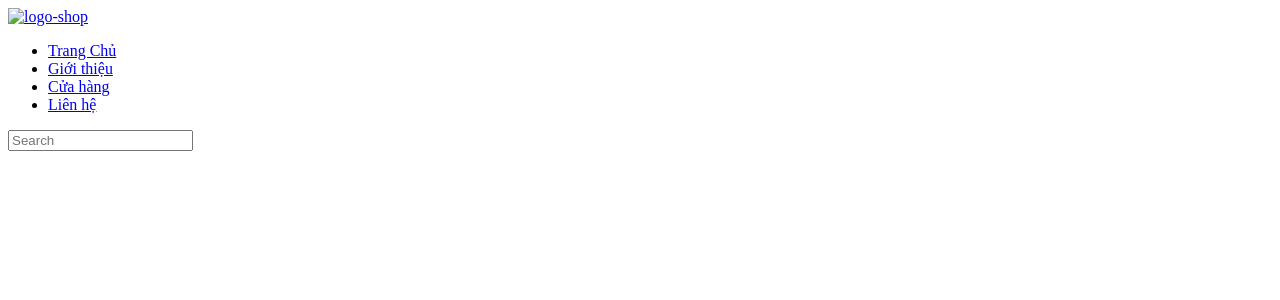
Repository: manhhieu120499/test-page
Page: index.html
These files come from the project's save history. The page is drawn as it stood at one moment and after the next save; the edit follows.
The browser window is 1280 px wide. The pictures show the whole page.

Above is the page before, as saved 2023-01-11 22:36:48.

### index.html
<!DOCTYPE html>
<html lang="en">
<head>
    <meta charset="UTF-8">
    <meta http-equiv="X-UA-Compatible" content="IE=edge">
    <meta name="viewport" content="width=device-width, initial-scale=1.0">
    <title>Document</title>
</head>
<body>
    <div id="header">
        <a href="#" class="logo">
            <img src="" alt="logo-shop">
        </a >
        <nav class="sub-menu">
             <ul>
                <li><a href="#">Trang Chủ</a></li>
                <li><a href="#">Giới thiệu</a></li>
                <li><a href="#">Cửa hàng</a</li>
                <li><a href="#">Liên hệ</a></li>
             </ul>
        </nav>
        <div class="right-sidebar">
            <input type="text" placeholder="Search"/>
            <a href="#" class="telesale">

            </a>
            <a href="#" class="person">

            </a>
            <a href="#" class="shopping-cart">

            </a>
        </div>
    </div>

    <div id="footer">

    </div>
</body>
</html>

After the next save:
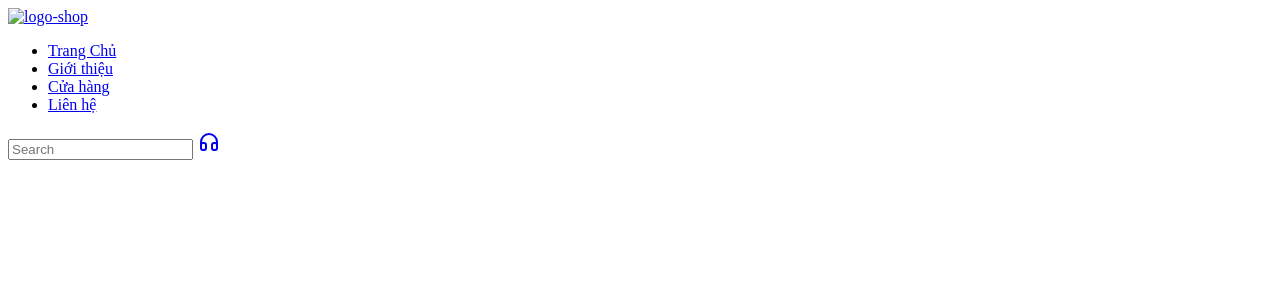
Saved 27 s later.
--- a/index.html
+++ b/index.html
@@ -22,7 +22,12 @@
         <div class="right-sidebar">
             <input type="text" placeholder="Search"/>
             <a href="#" class="telesale">
-
+               <svg xmlns="http://www.w3.org/2000/svg" class="icon icon-tabler icon-tabler-headphones" width="24" height="24" viewBox="0 0 24 24" stroke-width="2" stroke="currentColor" fill="none" stroke-linecap="round" stroke-linejoin="round">
+   <path stroke="none" d="M0 0h24v24H0z" fill="none"></path>
+   <rect x="4" y="13" rx="2" width="5" height="7"></rect>
+   <rect x="15" y="13" rx="2" width="5" height="7"></rect>
+   <path d="M4 15v-3a8 8 0 0 1 16 0v3"></path>
+</svg>
             </a>
             <a href="#" class="person">
 
